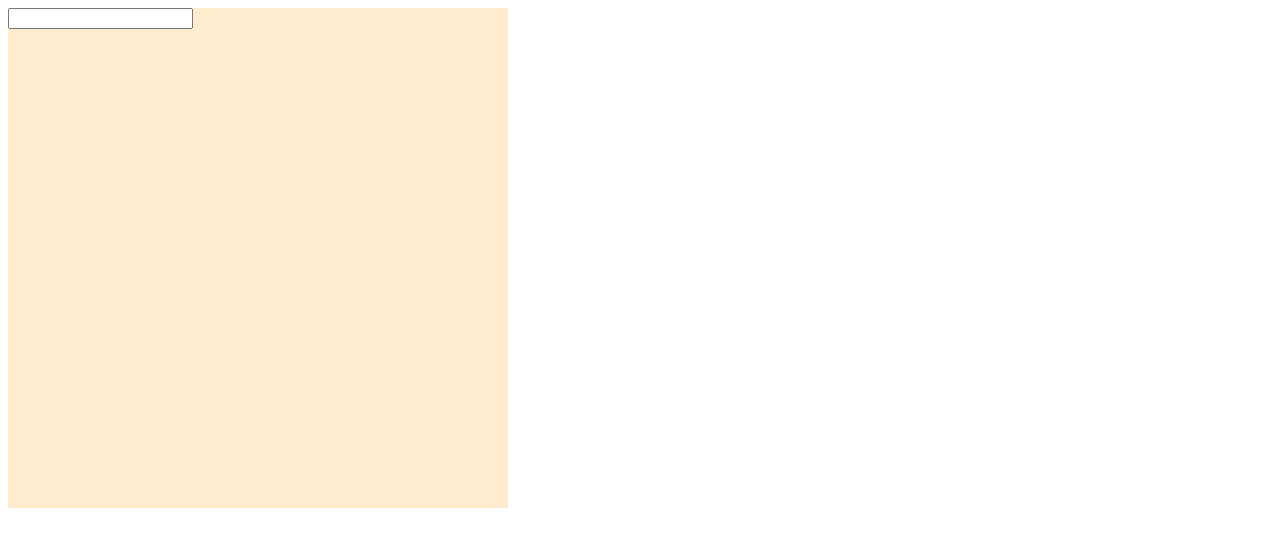
Repository: rumor1993/DreamCoding-Browser101
Page: Chapter05/index.html
These files come from the project's save history. The page is drawn as it stood at one moment and after the next save; the edit follows.
The browser window is 1280 px wide. The pictures show the whole page.

Above is the page before, as saved 2020-12-30 11:58:53.

### Chapter05/index.html
<!DOCTYPE html>
<html lang="en">
  <head>
    <meta charset="UTF-8" />
    <meta name="viewport" content="width=device-width, initial-scale=1.0" />
    <title>Shoopping List</title>
    <style>
      .shoopping-list {
        width: 500px;
        height: 500px;
        background-color: blanchedalmond;
      }
    </style>
  </head>
  <body>
    <div class="shoopping-list">
      <div class="header"></div>
      <div class="contents">
        <input type="text" class="" />
      </div>
      <div class="footer"></div>
    </div>
  </body>
</html>

After the next save:
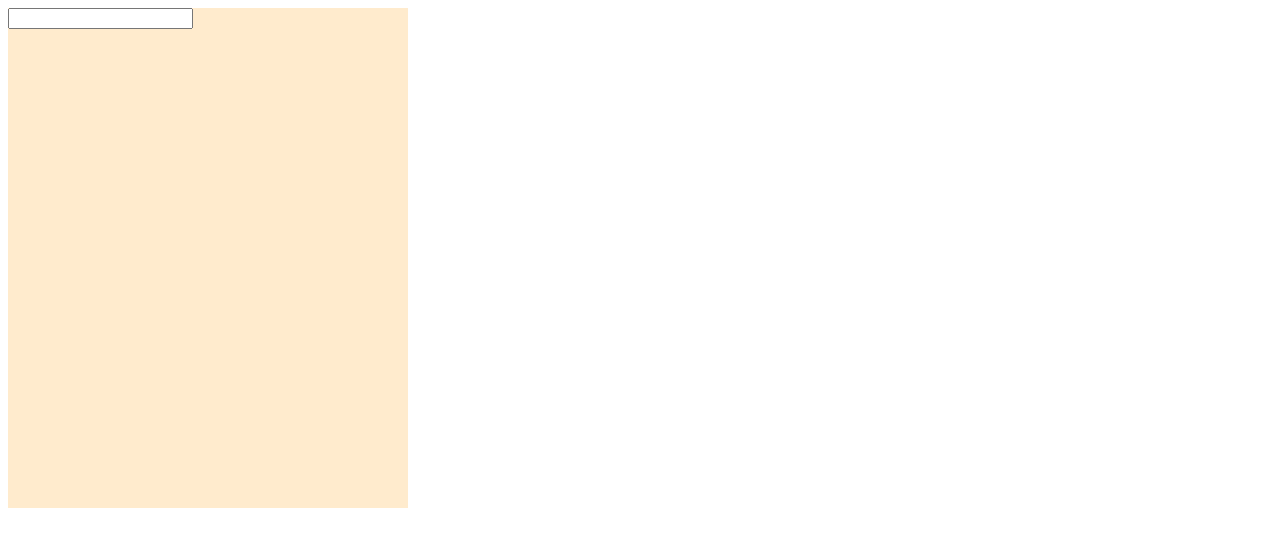
Saved 8 s later.
--- a/Chapter05/index.html
+++ b/Chapter05/index.html
@@ -6,7 +6,7 @@
     <title>Shoopping List</title>
     <style>
       .shoopping-list {
-        width: 500px;
+        width: 400px;
         height: 500px;
         background-color: blanchedalmond;
       }
